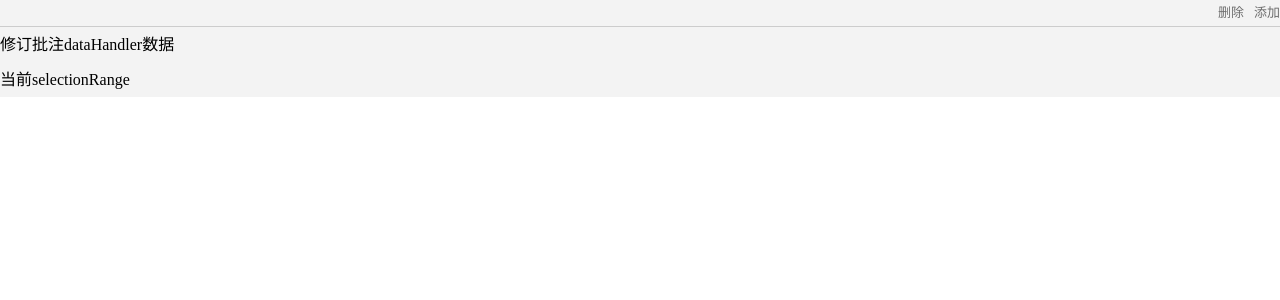
Repository: herorest/plugin
Page: panel/info.html
An editor plug-in stored every save of this project. The page is shown before and after the next save, followed by the edit.
The browser window is 1280 px wide. The pictures show the whole page.

Above is the page before, as saved 2019-06-11 11:50:59.
Console error: TypeError: Cannot read properties of null (reading 'addEventListener')

### panel/info.html
<!DOCTYPE html>
<html>

<head>
	<meta charset="utf-8" />
	<link rel="stylesheet" href="info.css">
</head>

<body>
	<div class="wrap">
		<div class="side">
			<div class="tool">
				<div class="add">添加</div>
				<div class="del">删除</div>
			</div>
			<div class="list">
				<ul>
					<li>
						<span id="12345678">修订批注dataHandler数据</span>
					</li>
					<li>
						<span id="12345679">当前selectionRange</span>
					</li>
				</ul>
			</div>
		</div>
		<div class="result">
			<div class="tree">
				<ul id="container">

				</ul>
			</div>
		</div>
	</div>


	<script src="info.js"></script>
</body>

</html>

### panel/info.css
*{
    padding:0;
    margin:0;
}

ul > li {
    list-style: none;
}

/* 可展开*/
.switch-open {
    margin-left: -12px;
    border: 6px solid transparent;
    display: inline-block;
    width: 0px;
    height: 0px;
    border-top-color: black;

}

/* 展开完毕*/
.switch-close {
    margin-left: -12px;
    border: 6px solid transparent;
    display: inline-block;
    width: 0px;
    height: 0px;
    border-left-color: black;
    margin-bottom: 2px;

}

/* 改变CheckBox样式*/
input[type='checkbox'] {
    width: 16px;
    height: 16px;
    -webkit-appearance: none;
    -moz-appearance: none;
    border: 1px solid #c9c9c9;
    border-radius: 3px;
    outline: none;
    color: white;
    text-align: center;
}

input[type='checkbox']:before {
    color: transparent;
}

input[type=checkbox]:checked {
    background-color: #30add6;
}

input[type=checkbox]:checked:before {
    color: white;
    font-weight: bold;
}

.space{
    height:16px;
    line-height:16px;
    display:block;
    padding:0 0 0 16px;
    margin:0 0 5px;
}

.space.full{
    padding:0;
}

.space .name{
    color: rgb(62, 13, 247);
}

.space .dot{
    padding:0 5px 0 2px;
}

/*布局*/
.wrap {
    display:flex;
}
.side {
    width:250px;
    flex:1;
    background:#f3f3f3;
}
.result{
    float:left;
}

.side .tool{
    height:26px;
    line-height:26px;
    overflow:hidden;
    border-bottom:1px #ccc solid;
}

.side .tool .add, .side .tool .del {
    font-size:13px;
    color:#6e6e6e;
    margin:0 0 0 10px;
    float:right;
}

.side .list li{
    height:35px;
    line-height:35px;
}

### panel/info.js
function generate(json, parent) {
    for (var attr in json) {
        var ele = document.createElement('li');
        if (!json[attr] || JSON.stringify(json[attr]) === "{}" || Object.prototype.toString.call(json[attr]) !== '[object Object]' ) {
            ele.innerHTML = ' <div class="space">' + '<span class="name">' + attr + '</span>' + '<span class="dot">:</span>' + json[attr] + '</div>';
        } else {
            ele.innerHTML = '<div class="space full"><span class="switch-open" onclick="toggle(this)"></span><input type="checkbox" onclick="checkChange(this)"></input>' + attr + '</div>';
            var nextParent = document.createElement('ul');
            ele.appendChild(nextParent);
            generate(json[attr], nextParent);
        }
        parent.appendChild(ele);
    }
}

function toggle(span) {
    var ele = span.parentNode.nextElementSibling;
    if (ele.style.display == 'none') {
        ele.style.display = 'block';
        span.className = 'switch-open';

    } else {
        ele.style.display = 'none';
        span.className = 'switch-close';
    }
}

function checkChange(span) {
    var oul = span.parentNode.nextElementSibling;
    if (span.checked) {
        for (var i = 0; i < oul.querySelectorAll('input').length; i++) {
            oul.querySelectorAll('input')[i].checked = true;
        }
    } else {
        for (var i = 0; i < oul.querySelectorAll('input').length; i++) {
            oul.querySelectorAll('input')[i].checked = false;
        }
    }
}

document.getElementById('check_jquery').addEventListener('click', function () {
    chrome.devtools.inspectedWindow.eval("window.location", function (result) {
        generate(result, document.getElementById('container'));
    });
});

After the next save:
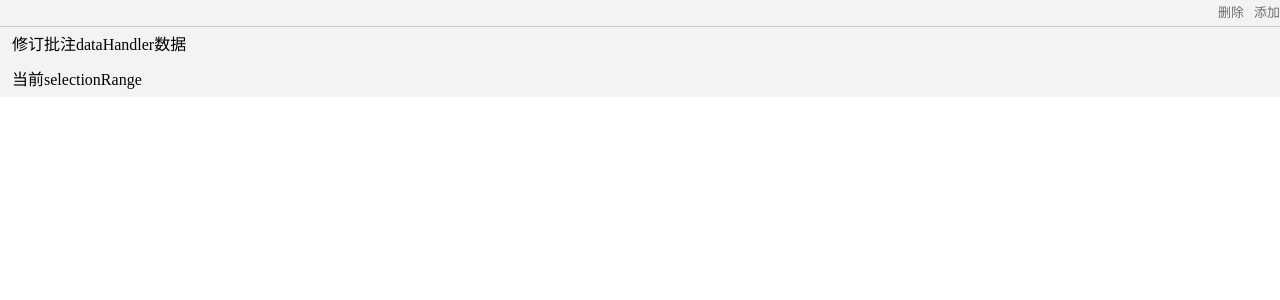
Saved 19 s later.
--- a/panel/info.css
+++ b/panel/info.css
@@ -106,4 +106,5 @@ input[type=checkbox]:checked:before {
 .side .list li{
     height:35px;
     line-height:35px;
+    padding:0 0 0 12px;
 }
